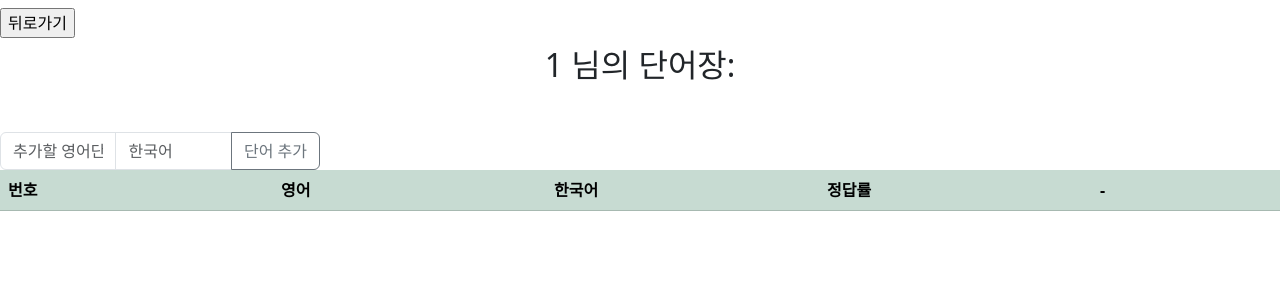
Repository: kokoko12334/myvocab-toy
Page: http://localhost/myVocabularyList/detail
An editor plug-in stored every save of this project. The page is shown before and after the next save, followed by the edit.
The browser window is 1280 px wide. The pictures show the whole page.
The page is served by Tomcat 9. The session is filled in as if someone had signed in: {"id": 1, "pwd": 1, "list": 1}. Other server files are loaded and not shown. Queries for data that is not in the repository find no rows.

Above is the page before, as saved 2023-04-07 12:49:31.

### myVocabularyList/src/main/webapp/WEB-INF/views/myvocabulary/detail.jsp
<%@ page language="java" contentType="text/html; charset=UTF-8"
    pageEncoding="UTF-8"%>
<%@ taglib prefix="c" uri = "http://java.sun.com/jsp/jstl/core" %>
<!DOCTYPE html>
<html>
<head>
<meta charset="UTF-8">
<title>Insert title here</title>
<link href="https://cdn.jsdelivr.net/npm/bootstrap@5.3.0-alpha3/dist/css/bootstrap.min.css" rel="stylesheet" integrity="sha384-KK94CHFLLe+nY2dmCWGMq91rCGa5gtU4mk92HdvYe+M/SXH301p5ILy+dN9+nJOZ" crossorigin="anonymous">

</head>
<body>
	<div class = "my-2">
		<form action = "/login" method = "post">
			<input type = "hidden" name = "id"  value = "${id}">
			<input type = "hidden" name = "pwd" value =  "${pwd}">
			<input type = submit value = "뒤로가기">
		</form>
	</div>

	<div class="col text-center">
		<h2>${id} 님의 단어장: ${vocabName}</h2>
	</div>


 <div class = "my-5">
	<form class="form-inline w-25" action = "/addword" method = "post">
		<div class="input-group">
			<input type = text name = "english" placeholder = "추가할 영어단어" aria-label="First name" class="form-control">
			<input type = text name = "korean" placeholder = "한국어" aria-label="Last name" class="form-control">
			<button class="btn btn-outline-secondary" id="button-addon2">단어 추가</button>
		</div>
	</form>

	<table class="table table-success table-striped">
		<colgroup>
            <col width=1px>
            <col width=1px>
            <col width=1px>
            <col width=1px>
            <col width=1px>

        </colgroup>
		<tr>
			<th>번호</th>
			<th>영어</th>
			<th>한국어</th>
			<th>정답률</th>
			<th>-</th>

		</tr>

		<c:forEach var = "w" items = "${wordsList}" varStatus = "st">
			<tr>
				<td>${st.index+1} </td>
				<td>${w[0]}</td>
				<td>${w[1]}</td>
				<td>${w[2]}</td>
				<td>
					<input type="button" value="수정" onclick="showPopup('${w[0]}','${w[1]}');"/>
					<button onclick="location.href='/deleteword?idx=${st.index}&english=${w[0]}&korean=${w[1]}'">단어 삭제</button>
				</td>
			</tr>
		</c:forEach>
	</table>
</div>


	 <script>
  		function showPopup(english, korean) {

  			var url = "/updateword?english=" + english + "&korean=" + korean;
  			window.open(url, "단어 수정창", "width=500, height=50, left=50, top=50");
  			}
  	</script>

</body>
</html>

### myVocabularyList/src/main/java/com/ko/web/controller/DetailController.java
package com.ko.web.controller;

import java.io.IOException;
import java.sql.SQLException;
import java.util.ArrayList;
import java.util.List;

import javax.servlet.ServletException;
import javax.servlet.annotation.WebServlet;
import javax.servlet.http.HttpServlet;
import javax.servlet.http.HttpServletRequest;
import javax.servlet.http.HttpServletResponse;
import javax.servlet.http.HttpSession;

import com.ko.web.service.WordsService;

@WebServlet("/detail")
public class DetailController extends HttpServlet{



	@Override
	protected void doGet(HttpServletRequest req, HttpServletResponse resp) throws ServletException, IOException {

		String id = req.getParameter("id");
		String vocabName = req.getParameter("name");


		WordsService wordsSvc = new WordsService();

		List<List<String>> wordsList = new ArrayList<>();


		try {

			wordsList = wordsSvc.getwords(id, vocabName);

			HttpSession session = req.getSession(false);
			session.setAttribute("wordsList", wordsList);
			session.setAttribute("vocabName", vocabName); // 단어장 이름도 저장


		} catch (ClassNotFoundException e) {

			e.printStackTrace();
		} catch (SQLException e) {

			e.printStackTrace();
		}

		req.getRequestDispatcher("/WEB-INF/views/myvocabulary/detail.jsp").forward(req, resp);









	}

}

### myVocabularyList/src/main/java/com/ko/web/service/WordsService.java
package com.ko.web.service;

import java.sql.Connection;
import java.sql.DriverManager;
import java.sql.PreparedStatement;
import java.sql.ResultSet;
import java.sql.SQLException;
import java.util.ArrayList;
import java.util.HashMap;
import java.util.List;

import com.ko.web.entity.WordsDto;
import com.mysql.cj.protocol.Resultset;

public class WordsService {
	String driver = "com.mysql.cj.jdbc.Driver";
	String url = "jdbc:mysql://localhost:3306/myvocab";
	String user = "test";
	String password = "1234";


	public int insert(WordsDto dto) throws ClassNotFoundException, SQLException {

		String id = dto.getId();
		String vocabName = dto.getVocabName();
		String english = dto.getEnglish();
		String korean = dto.getKorean();

		// 중복 단어 체크
		List<List<String>> list = new ArrayList<>();

		list = getwords(id, vocabName);

		for(List<String> i: list) {

			String check = i.get(0);

			if(check.equals(english)) {
				return -1;
			}

		}


		Class.forName(driver);

		Connection con = DriverManager.getConnection(url, user,password);

		String sql = "INSERT INTO words(id, vocab_name, english, korean) VALUES(?,?,?,?)";

		PreparedStatement psmt = con.prepareStatement(sql);

		psmt.setString(1, id);
		psmt.setString(2, vocabName);
		psmt.setString(3, english);
		psmt.setString(4, korean);



		int result = psmt.executeUpdate();


		psmt.close();
		con.close();


		return result;
	}


	public List<List<String>> getwords(String id, String vocabName) throws ClassNotFoundException, SQLException{

		String english;
		String korean;
		String score;

		Class.forName(driver);

		Connection con = DriverManager.getConnection(url, user,password);

		String sql = "SELECT english, korean, score FROM words WHERE id = ? AND vocab_name = ?";

		PreparedStatement psmt = con.prepareStatement(sql);

		psmt.setString(1, id);
		psmt.setString(2, vocabName);


		ResultSet rs = psmt.executeQuery();


		List<List<String>> list = new ArrayList<>();

		while(rs.next()) {

			List<String> words = new ArrayList<>();

			english = rs.getString("english");
			korean = rs.getString("korean");
			score = rs.getString("score");

			words.add(english);
			words.add(korean);
			words.add(score);

			list.add(words);
		}

		rs.close();
		psmt.close();
		con.close();


		return list;
	}

	public int deleteWord(WordsDto dto) throws ClassNotFoundException, SQLException {

		String id = dto.getId();
		String vocabName = dto.getVocabName();
		String english = dto.getEnglish();
		String korean = dto.getKorean();

		Class.forName(driver);

		Connection con = DriverManager.getConnection(url, user,password);

		String sql = "DELETE FROM words WHERE id = ? AND vocab_name = ? AND english = ? AND korean = ?";

		PreparedStatement psmt = con.prepareStatement(sql);

		psmt.setString(1, id);
		psmt.setString(2, vocabName);
		psmt.setString(3, english);
		psmt.setString(4, korean);

		int result = psmt.executeUpdate();


		psmt.close();
		con.close();

		return result;
	}


	public int updateWord(WordsDto dto, String changedEnglish, String changedKorean) throws ClassNotFoundException, SQLException {


		String id = dto.getId();
		String vocabName = dto.getVocabName();
		String english = dto.getEnglish();

		Class.forName(driver);

		Connection con = DriverManager.getConnection(url, user,password);

		String sql = "UPDATE words SET english = ?, korean = ? WHERE id = ? AND vocab_name= ? AND english = ?";

		PreparedStatement psmt = con.prepareStatement(sql);

		psmt.setString(1, changedEnglish);
		psmt.setString(2, changedKorean);
		psmt.setString(3, id);
		psmt.setString(4, vocabName);
		psmt.setString(5, english);



		int result = psmt.executeUpdate();


		psmt.close();
		con.close();


		return result;


	}
}

After the next save:
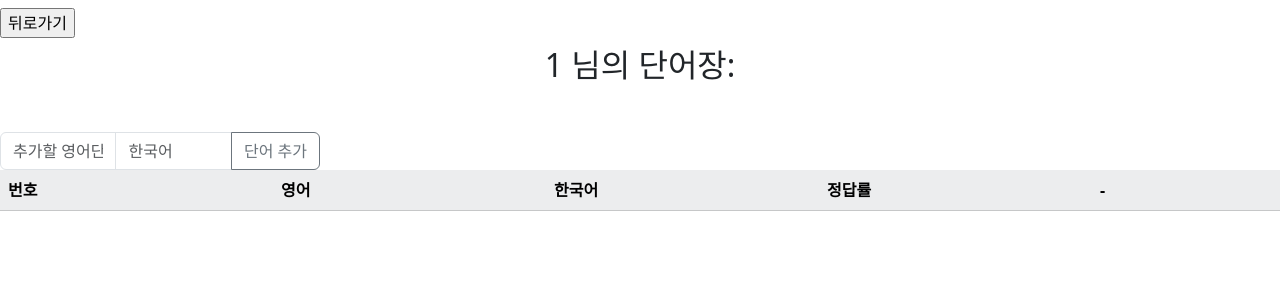
Saved 48 s later.
--- a/myVocabularyList/src/main/webapp/WEB-INF/views/myvocabulary/detail.jsp
+++ b/myVocabularyList/src/main/webapp/WEB-INF/views/myvocabulary/detail.jsp
@@ -32,7 +32,7 @@
 		</div>
 	</form>
 
-	<table class="table table-success table-striped">
+	<table class="table table-light table-striped">
 		<colgroup>
             <col width=1px>
             <col width=1px>
